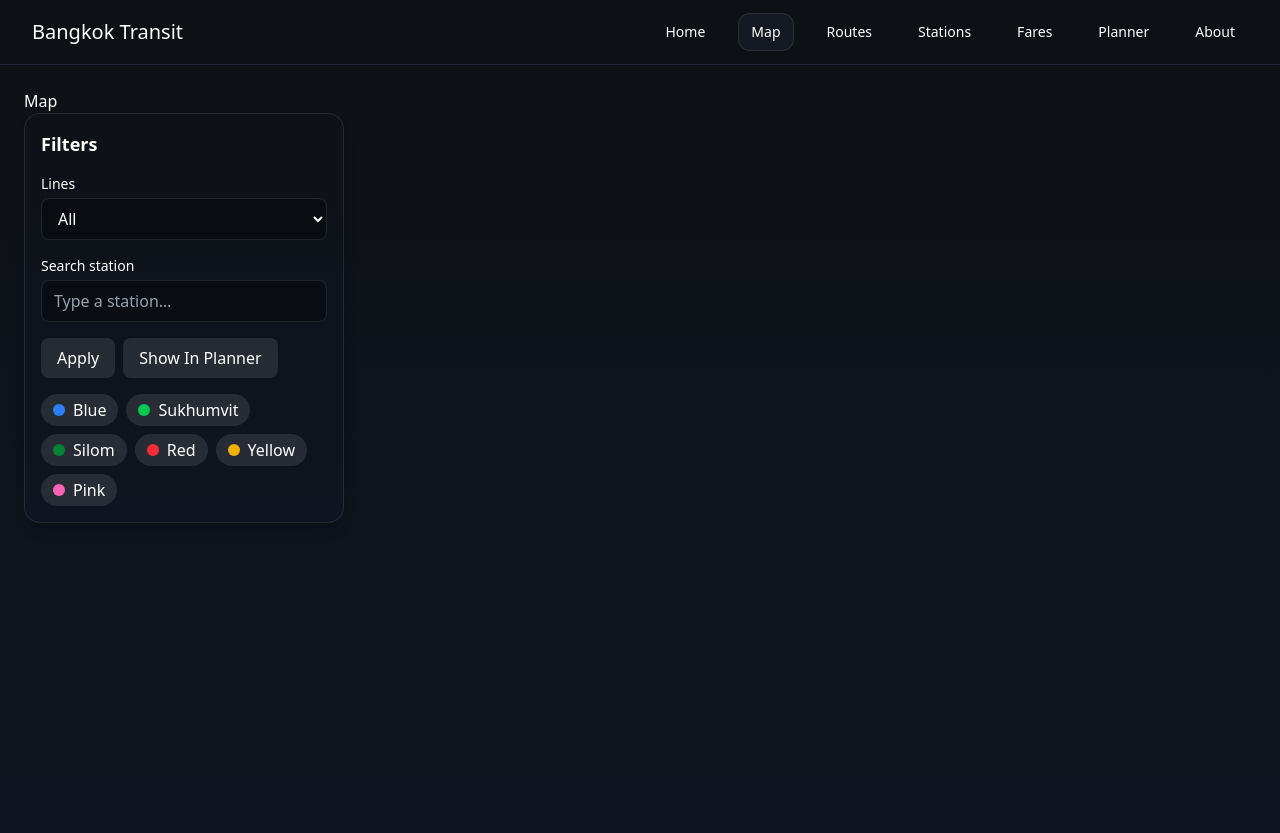
Repository: pyaestk/Bangkok-transit-map
Page: /map
An editor plug-in stored every save of this project. The page is shown before and after the next save, followed by the edit.
The browser window is 1280 px wide. The pictures show the whole page.
The project was rebuilt for these pictures with package versions that can differ from the ones it lists, and the page was loaded fresh each time. Also part of the build but not shown: vite.config.ts, src/pages/Home.tsx, src/pages/Planner.tsx, src/pages/Stations.tsx, src/pages/TrainRoutes.tsx, src/pages/Fares.tsx, src/pages/About.tsx.

Above is the page before, as saved 2025-10-04 09:57:33.

### index.html
<!doctype html>
<html lang="en">
  <head>
    <meta charset="UTF-8" />
    <link rel="icon" type="image/svg+xml" href="/vite.svg" />
    <meta name="viewport" content="width=device-width, initial-scale=1.0" />
    <title>bangkok-transit-map</title>
  </head>
  <body>
    <div id="root"></div>
    <script type="module" src="/src/main.tsx"></script>
  </body>
</html>

### src/main.tsx
import { StrictMode } from 'react'
import { createRoot } from 'react-dom/client'
import './index.css'
import App from './App.tsx'
import { BrowserRouter as Router } from 'react-router'

createRoot(document.getElementById('root')!).render(
  <StrictMode>
    <Router>
      <App />
    </Router>
  </StrictMode>,
)

### src/App.tsx
import "./App.css";
import NavBar from "./component/NavBar";
import { Routes, Route } from "react-router-dom";
import Home from "./pages/Home";
import Map from "./pages/Map";
import Planner from "./pages/Planner";
import Stations from "./pages/Stations";
import TrainRoutes from "./pages/TrainRoutes";
import Fares from "./pages/Fares";
import About from "./pages/About";


function App() {
  return (
    <div className="min-h-screen flex flex-col">
      {/* Navbar at the top */}
      <NavBar />

      {/* Main content area */}
      <main className="flex-1 p-6 bg-[linear-gradient(180deg,rgba(14,17,22,1)_0%,rgba(15,20,32,1)_100%)]">
        <Routes>
          <Route
            path="/"
            element={ <Home/> }
          />
          <Route
            path="/map"
            element={ <Map/> }
          />
          <Route
            path="/planner"
            element={ <Planner/>}
          />
          <Route
            path="/routes"
            element={<TrainRoutes/>}
          />
          <Route
            path="/stations"
            element={<Stations/>}
          />
          <Route
            path="/fares"
            element={<Fares/>}
          />
          <Route
            path="/about"
            element={<About/>}
          />
        </Routes>
      </main>
    </div>
  );
}

export default App;

### src/App.css
@import "tailwindcss";

:root {
  background: linear-gradient(180deg, rgba(14,17,22,1) 0%, rgba(15,20,32,1) 100%);
}

### src/component/NavBar.tsx
import { NavLink } from "react-router-dom";
import { useState } from "react";

function NavBar() {
  const [open, setOpen] = useState(false);

  const baseClasses =
    "px-3 py-2 rounded-xl text-sm border border-transparent block text-center";
  const inactiveClasses = "text-white transition-colors";
  const activeClasses = "bg-[#151922] border rounded-[10px] text-white border-white/10";

  const links = [
    { to: "/", label: "Home" },
    { to: "/map", label: "Map" },
    { to: "/routes", label: "Routes" },
    { to: "/stations", label: "Stations" },
    { to: "/fares", label: "Fares" },
    { to: "/planner", label: "Planner" },
    { to: "/about", label: "About" },
  ];

  return (
    <nav className="sticky top-0 z-50 bg-[#0e1116cc] border-b border-[#232838] backdrop-blur-[5px] backdrop-brightness-[100%] [-webkit-backdrop-filter:blur(5px)_brightness(100%)]">
      <div className="max-w-7xl mx-auto px-4 sm:px-6 lg:px-8">
        <div className="flex items-center justify-between h-16">
          {/* Left side (Logo / Brand) */}
          <div className="flex-shrink-0 text-white text-xl">
            Bangkok Transit
          </div>

          {/* Desktop links */}
          <div className="hidden md:flex space-x-5">
            {links.map((l) => (
              <NavLink
                key={l.to}
                to={l.to}
                className={({ isActive }) =>
                  `${baseClasses} ${isActive ? activeClasses : inactiveClasses}`
                }
              >
                {l.label}
              </NavLink>
            ))}
          </div>

          {/* Mobile hamburger button */}
          <div className="md:hidden">
            <button
              aria-label="Toggle menu"
              onClick={() => setOpen((s) => !s)}
              className="inline-flex items-center justify-center p-2 rounded-md text-white hover:bg-white/5 focus:outline-none focus:ring-2 focus:ring-white"
            >
              <span className="sr-only">Open main menu</span>
              {/* Hamburger / X icon */}
              <svg
                className={`h-6 w-6 ${open ? "hidden" : "block"}`}
                xmlns="http://www.w3.org/2000/svg"
                fill="none"
                viewBox="0 0 24 24"
                strokeWidth={2}
                stroke="currentColor"
                aria-hidden="true"
              >
                <path
                  strokeLinecap="round"
                  strokeLinejoin="round"
                  d="M3 6h18M3 12h18M3 18h18"
                />
              </svg>
              <svg
                className={`h-6 w-6 ${open ? "block" : "hidden"}`}
                xmlns="http://www.w3.org/2000/svg"
                fill="none"
                viewBox="0 0 24 24"
                strokeWidth={2}
                stroke="currentColor"
                aria-hidden="true"
              >
                <path
                  strokeLinecap="round"
                  strokeLinejoin="round"
                  d="M6 18L18 6M6 6l12 12"
                />
              </svg>
            </button>
          </div>
        </div>
      </div>

      {/* Mobile menu, shown when open is true */}
      <div className={`md:hidden ${open ? "block" : "hidden"} `}>
        <div className="px-2 pt-2 pb-3 space-y-1">
          {links.map((l) => (
            <NavLink
              key={l.to}
              to={l.to}
              onClick={() => setOpen(false)}
              className={({ isActive }) =>
                `${baseClasses} ${isActive ? activeClasses : inactiveClasses}`
              }
            >
              {l.label}
            </NavLink>
          ))}
        </div>
      </div>
    </nav>
  );
}

export default NavBar;

### src/pages/Map.tsx
import FiltersCard from "../component/FiltersCard";

export default function Map() {
  return (
    <div className="min-h-screen">
      <h1 className="text-white">Map</h1>
      <FiltersCard/>
    </div>
  )
}

### src/component/FiltersCard.tsx
export default function FiltersCard() {
  return (
    <div className="p-4 rounded-2xl bg-[linear-gradient(180deg,rgba(14,17,22,1)_0%,rgba(15,20,32,1)_100%)] border border-white/10 shadow-lg w-80 text-white">
      <h2 className="text-lg font-bold mb-4">Filters</h2>

      {/* Lines */}
      <label className="block text-sm mb-1">Lines</label>
      <select className="w-full px-3 py-2 rounded-lg bg-black/30 border border-white/10 focus:outline-none">
        <option>All</option>
        <option>Blue</option>
        <option>Red</option>
        <option>Yellow</option>
      </select>

      {/* Search station */}
      <label className="block text-sm mt-4 mb-1">Search station</label>
      <input
        type="text"
        placeholder="Type a station…"
        className="w-full px-3 py-2 rounded-lg bg-black/30 border border-white/10 placeholder-gray-400 focus:outline-none"
      />

      {/* Buttons */}
      <div className="flex space-x-2 mt-4">
        <button className="px-4 py-2 rounded-lg bg-white/10 hover:bg-white/20">Apply</button>
        <button className="px-4 py-2 rounded-lg bg-white/10 hover:bg-white/20">Show In Planner</button>
      </div>

      {/* Line Pills */}
      <div className="flex flex-wrap gap-2 mt-4">
        <span className="flex items-center px-3 py-1 rounded-full bg-white/10">
          <span className="w-3 h-3 rounded-full bg-blue-500 mr-2"></span>
          Blue
        </span>
        <span className="flex items-center px-3 py-1 rounded-full bg-white/10">
          <span className="w-3 h-3 rounded-full bg-green-500 mr-2"></span>
          Sukhumvit
        </span>
        <span className="flex items-center px-3 py-1 rounded-full bg-white/10">
          <span className="w-3 h-3 rounded-full bg-green-700 mr-2"></span>
          Silom
        </span>
        <span className="flex items-center px-3 py-1 rounded-full bg-white/10">
            <span className="w-3 h-3 rounded-full bg-red-500 mr-2"></span> Red
        </span>
        <span className="flex items-center px-3 py-1 rounded-full bg-white/10">
            <span className="w-3 h-3 rounded-full bg-yellow-500 mr-2"></span> Yellow
        </span>
        <span className="flex items-center px-3 py-1 rounded-full bg-white/10">
            <span className="w-3 h-3 rounded-full bg-pink-400 mr-2"></span> Pink
        </span>
      </div>
    </div>
  )
}

Loaded but not shown: src/index.css (common file)

After the next save:
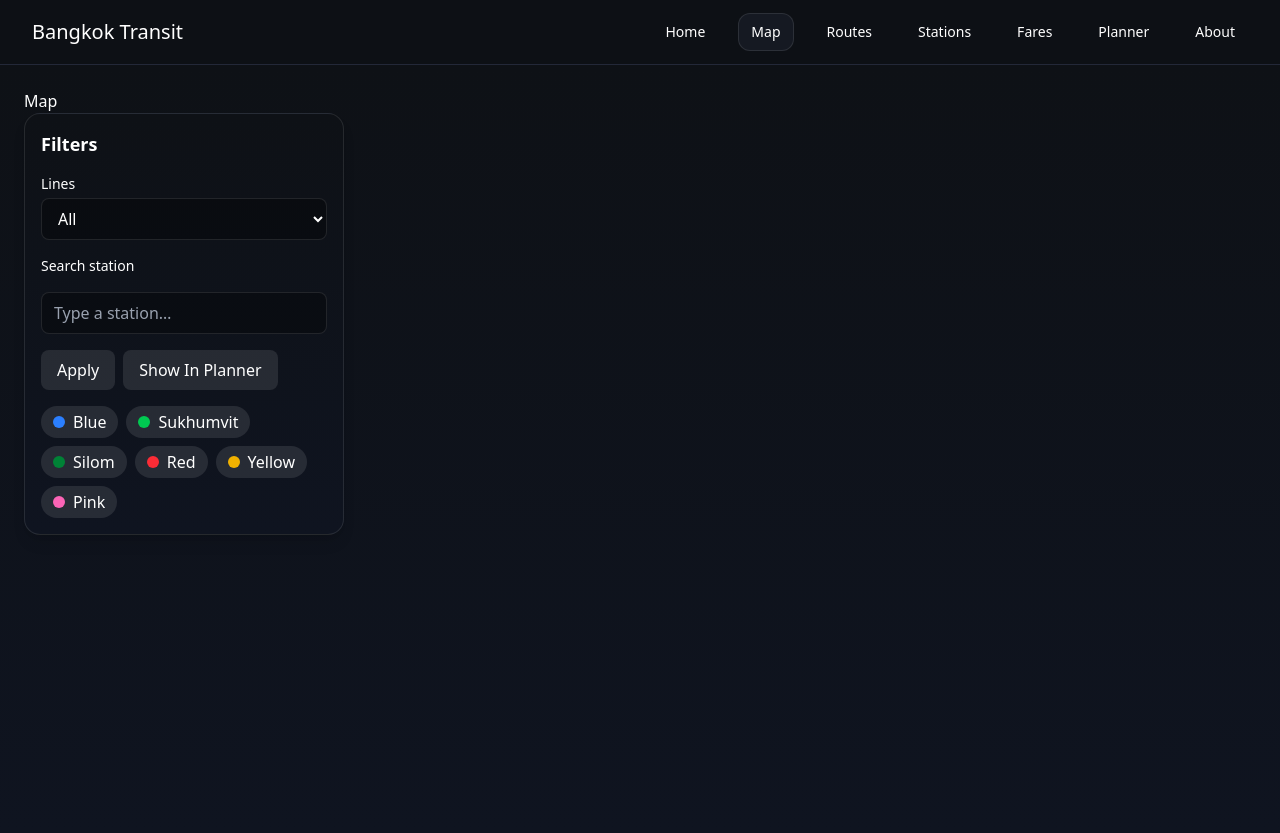
Saved 8 s later.
--- a/src/component/FiltersCard.tsx
+++ b/src/component/FiltersCard.tsx
@@ -13,7 +13,7 @@ export default function FiltersCard() {
       </select>
 
       {/* Search station */}
-      <label className="block text-sm mt-4 mb-1">Search station</label>
+      <label className="block text-sm my-4 ">Search station</label>
       <input
         type="text"
         placeholder="Type a station…"
